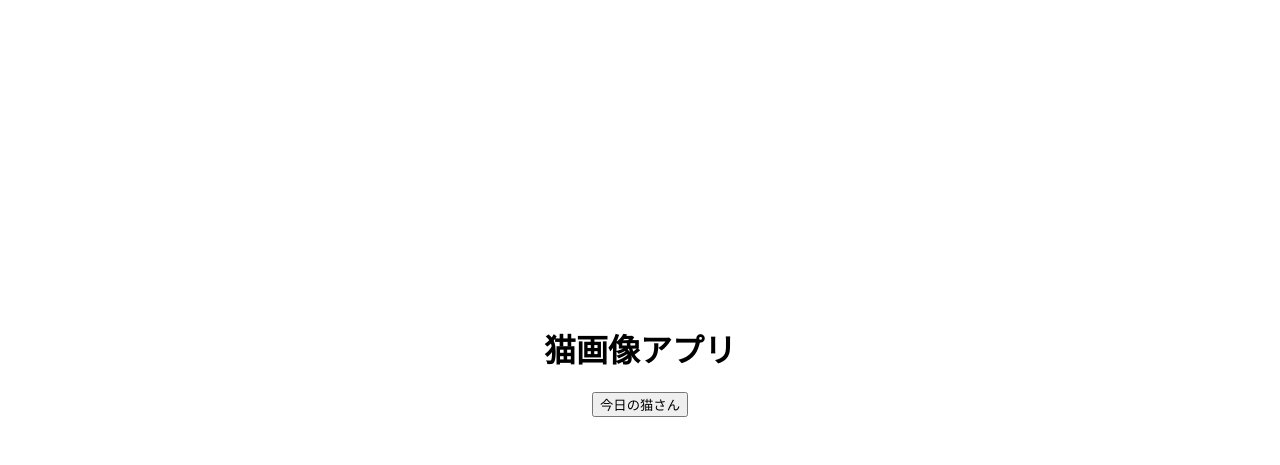
Repository: MitukiTakada/cat-image
Page: /
An editor plug-in stored every save of this project. The page is shown before and after a run of saves, followed by the edit.
The browser window is 1280 px wide. The pictures show the whole page.
The project was rebuilt for these pictures with package versions that can differ from the ones it lists, and the page was loaded fresh each time. The framework's server and built-in components were replaced by stand-ins that run in the browser. Also part of the build but not shown: next.config.js.

Above is the page before, as saved 2022-09-06 11:09:01.

After the next 2 saves:
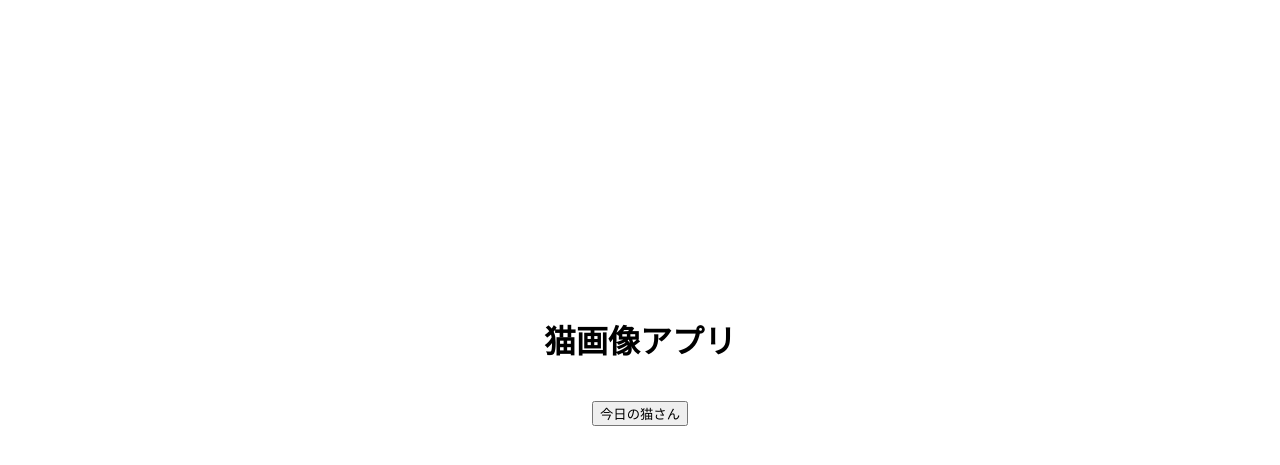
The 2 saves are shown as one change because they came seconds apart.
The last was saved 2 min 58 s later.
--- a/pages/index.tsx
+++ b/pages/index.tsx
@@ -32,7 +32,7 @@ const Home: NextPage = () => {
     }}>
       <h1>猫画像アプリ</h1>
       <img src={catImageUrl} width={500} height="auto"/>
-      <button style={{marginTop: "18"}} onClick={handleClick}>今日の猫さん</button>
+      <button style={{marginTop: 18}} onClick={handleClick}>今日の猫さん</button>
     </div>
   )
 }
